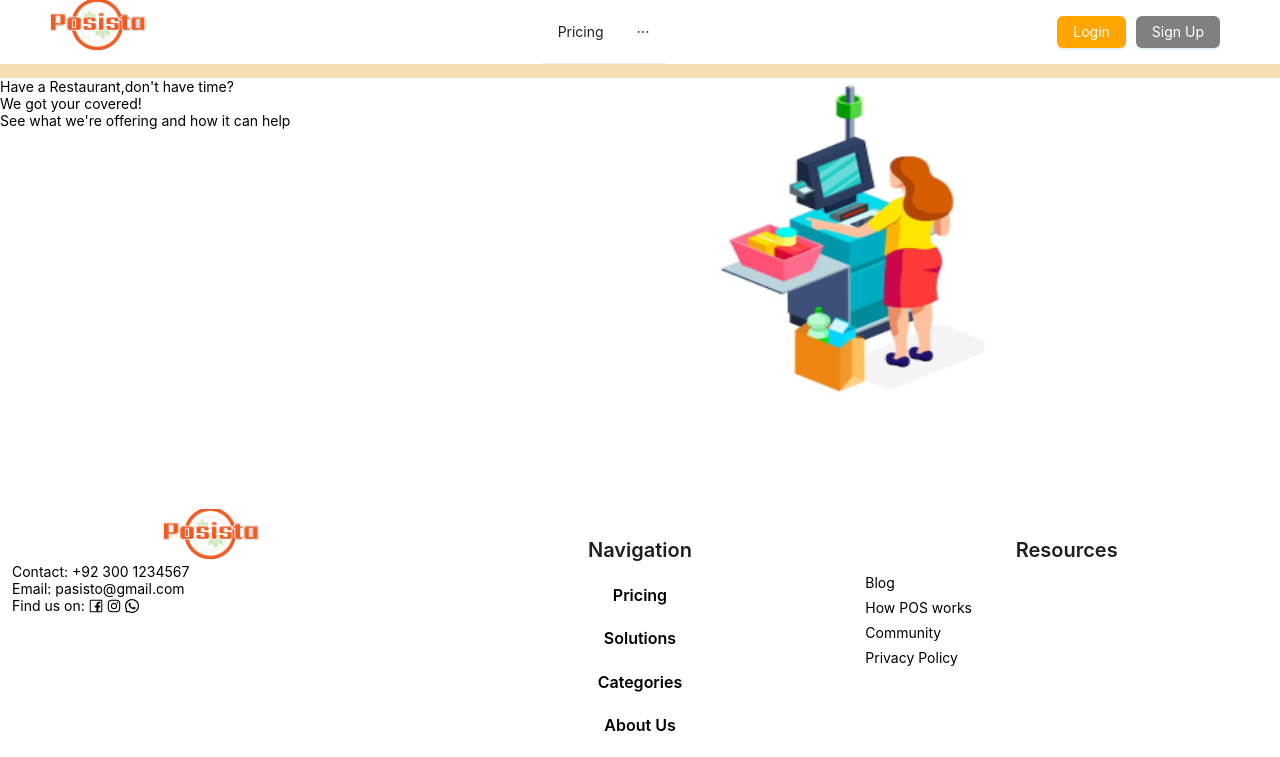
Repository: usmanarshad90/Posista
Page: / (app in test/)
An editor plug-in stored every save of this project. The page is shown before and after the next save, followed by the edit.
The browser window is 1280 px wide. The pictures show the whole page.
The project was rebuilt for these pictures with package versions that can differ from the ones it lists, and the page was loaded fresh each time. Also part of the build but not shown: test/src/components/Pricing/Pricing.jsx, test/src/components/Solution/Solutions.jsx, test/src/components/About/AboutUs.jsx, test/src/components/login/login.jsx, test/src/components/signup/signup.jsx.

Above is the page before, as saved 2023-11-28 15:02:06.

After the next save:
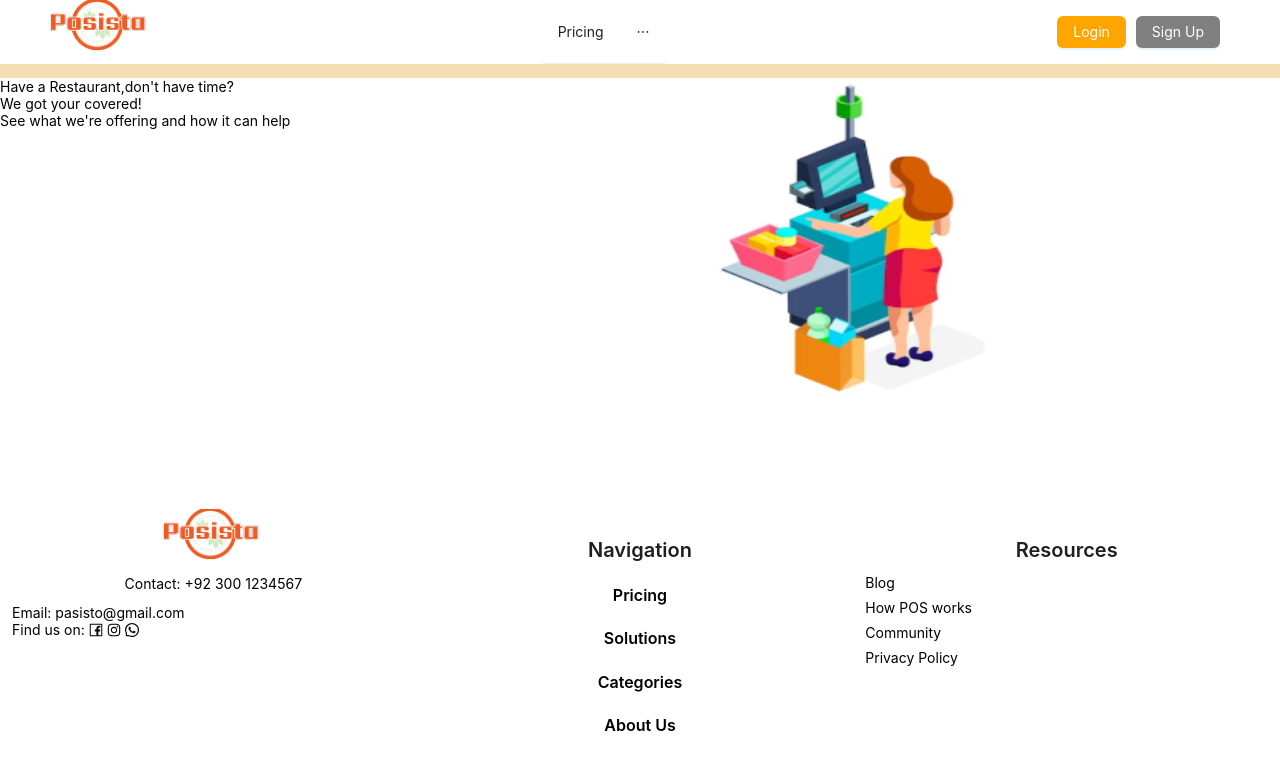
Saved 2 min 7 s later.
--- a/test/src/components/Footer/Footer.jsx
+++ b/test/src/components/Footer/Footer.jsx
@@ -23,7 +23,7 @@ const Footer = () => {
             <img src={logoimage} alt="" width="100px" />
           </Link>
         </div>
-        <div style={textStyle}>Contact: +92 300 1234567</div>
+        <div style={columnStyle}>Contact: +92 300 1234567</div>
         <div style={textStyle}>Email: pasisto@gmail.com</div>
         <div style={textStyle}>
           Find us on: <FacebookOutlined /> <InstagramOutlined /> <WhatsAppOutlined />
